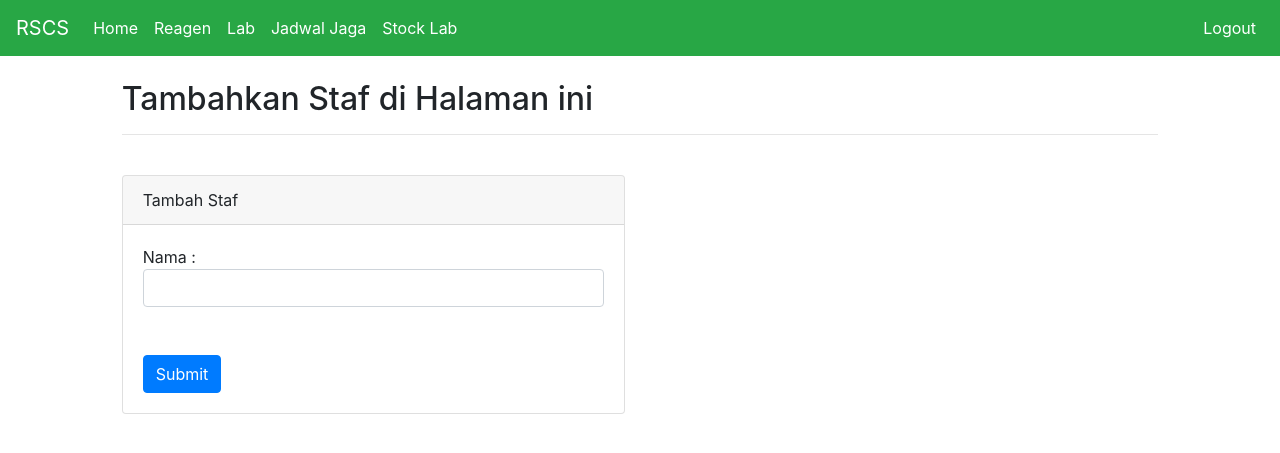
Repository: usamah1707/Tugas-Akhir-Kelompok-6
Page: http://localhost/add-staff
These files come from the project's save history. The page is drawn as it stood at one moment and after the next save; the edit follows.
The browser window is 1280 px wide. The pictures show the whole page.
The page is this project's Thymeleaf template; nobody is signed in. The template is opened directly, without the code that normally fills it, so the values that code supplies are empty.

Above is the page before, as saved 2019-06-04 07:49:34.

### TA_6/src/main/resources/templates/add-staff.html
<!DOCTYPE html>
<html xmlns:th="http://www.thymeleaf.org">
<head>
	<title>Add Staff</title>
	<object th:include="fragments/fragment :: css" th:remove="tag"></object>
    <object th:include="fragments/fragment :: js" th:remove="tag"></object>
</head>
<body>
	<nav th:replace="fragments/fragment :: navbar"></nav>
	<div class="container-fluid">
	<div class="row">
            <span class="col-md-1"></span>
            <div class="col-md-10">
                    <br>

		<h2>Tambahkan Staf di Halaman ini</h2>
		                    <hr>
                    <br>
		<div class="row">
			<div class="col-md-6">
				<div class="card">
					<div class="card-header">Tambah Staf</div>
					<div class="card-body">
						<form th:action = "@{/lab/jadwal-jaga/staff}" th:object="${staff}" method="POST">
							Nama : <br>
							<input type="text" name="nama_staff" class="form-control"/>
							<br><br>
							<button type="submit" class="btn btn-primary">Submit</button>
						</form>
					</div>
				</div>

			</div>

		</div>

	</div>

</body>


</html>

### TA_6/src/main/resources/templates/fragments/fragment.html
<!DOCTYPE html>
<html xmlns:th="http://www.thymeleaf.org">

<head>
    <title>Home</title>
	<head th:fragment="metas">
		<meta charset="utf-8">
    	<meta name="viewport" content="width=device-width, initial-scale=1, shrink-to-fit=no">
	</head>
    <head th:fragment="css">
    	<link rel="stylesheet" th:href="@{/css/style.css}">
        <link rel="stylesheet" th:href="@{/css/bootstrap.min.css}">

    </head>

    <head th:fragment="js">
    	<script
  src="https://code.jquery.com/jquery-3.3.1.js"
  integrity="sha256-2Kok7MbOyxpgUVvAk/HJ2jigOSYS2auK4Pfzbm7uH60="
  crossorigin="anonymous"></script>
        <script th:src="@{/js/bootstrap.min.js}"></script>
    </head>
</head>

<body>
    <nav th:fragment="navbar" class="navbar navbar-expand-lg navbar-dark bg-success">
        <a class="navbar-brand" th:href="@{/}">RSCS</a>
        <div class="collapse navbar-collapse" id="navbarSupportedContent">
            <ul class="navbar-nav mr-auto">
                <li class="nav-item active">
                    <a class="nav-link" th:href="@{/}">Home</a>
                </li>

                <li class="nav-item active">
                    <a class="nav-link" th:href="@{/lab/kebutuhan}">Reagen</a>
                </li>
                 <li class="nav-item active">
                    <a class="nav-link" th:href="@{/lab/pemeriksaan}">Lab</a>
                </li>
                <li class="nav-item active">
                    <a class="nav-link" th:href="@{/lab/jadwal-jaga/view}">Jadwal Jaga</a>
                </li>
                 <li class="nav-item active">
                    <a class="nav-link" th:href="@{/lab/stok}">Stock Lab</a>
                </li>
            </ul>
            <ul class="navbar-nav pull-right">
            	<li class="nav-item active">
            		<a class="nav-link" th:href="@{/logout}">Logout</a>
            	</li>
            </ul>
        </div>
    </nav>
</body>

</html>

### TA_6/src/main/resources/static/css/style.css
body {
  background: #34495e;
  font: normal 300 18px "Roboto", sans-serif;
}

#menu-nav {
  max-width: 1000px;
  margin: 130px auto;
  background-color: #ecf0f1;
  border-radius: 4px;
  box-shadow: 0 2px 5px rgba(0, 0, 0, 0.3);
}

#navigation-bar ul {
  border-radius: 4px;
  overflow: hidden;
}
#navigation-bar li {
  float: left;
  width: 20%;
}
#navigation-bar li:hover a::before {
  right: 0;
  left: 0;
}
#navigation-bar a {
  color: #848484;
  font-size: 20px;
  text-decoration: none;
  text-align: center;
  padding: 20px 0;
  display: block;
  position: relative;
  transition: all 0.3s ease;
}
#navigation-bar a:hover {
  color: #e74c3c;
}
#navigation-bar a::before {
  content: "";
  transition: all 0.4s ease-in-out;
  position: absolute;
  right: 50%;
  left: 50%;
  bottom: 0;
  height: 2px;
  background-color: #e74c3c;
}
#navigation-bar a:hover::before {
  right: 0;
  left: 0;
}

li {
	list-style: none;
}

Loaded but not shown: TA_6/src/main/resources/static/css/bootstrap.min.css (library); TA_6/src/main/resources/static/js/bootstrap.min.js (library)

After the next save:
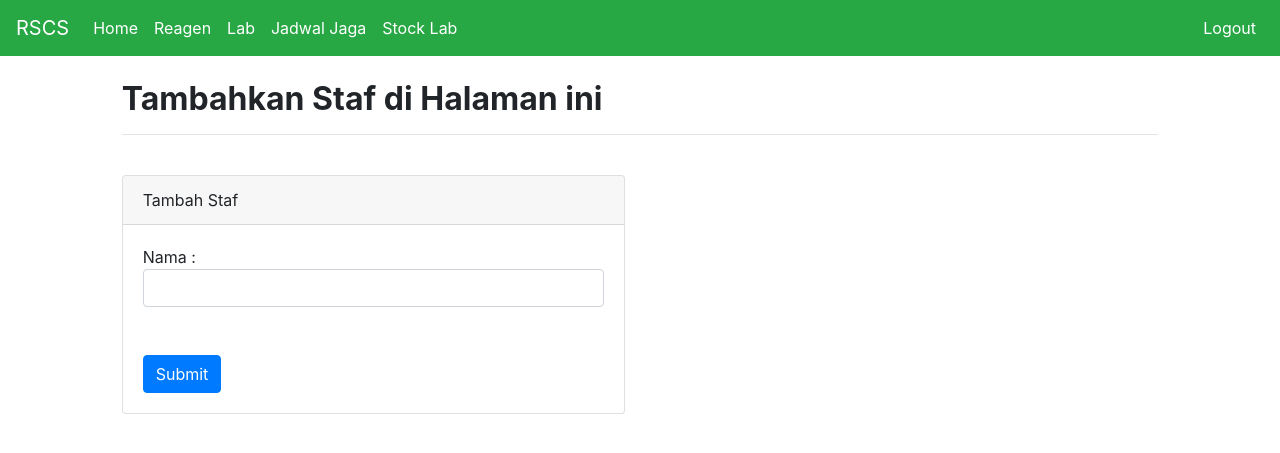
Saved 14 s later.
--- a/TA_6/src/main/resources/templates/add-staff.html
+++ b/TA_6/src/main/resources/templates/add-staff.html
@@ -13,7 +13,7 @@
             <div class="col-md-10">
                     <br>
 
-		<h2>Tambahkan Staf di Halaman ini</h2>
+		<h2><strong>Tambahkan Staf di Halaman ini</strong></h2>
 		                    <hr>
                     <br>
 		<div class="row">
